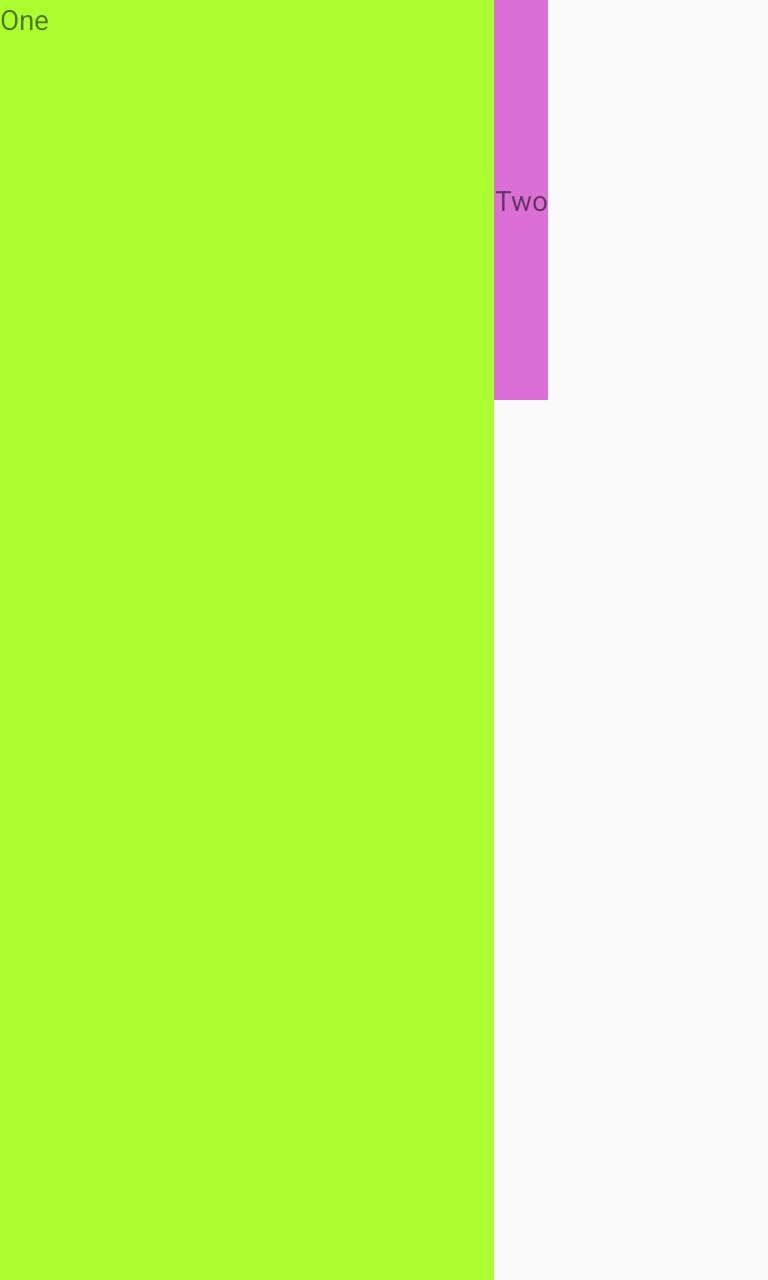
Repository: bingb89/Garbage
Layout: xml/hello/res/layout/activity_main.xml
An editor plug-in stored every save of this project. The layout is shown before and after the next save, followed by the edit.
It is drawn on a 768 x 1280 px phone screen (xhdpi) without system bars, with theme AppTheme; the app's code is not run.

Above is the layout before, as saved 2015-12-24 08:36:13.

After the next save:
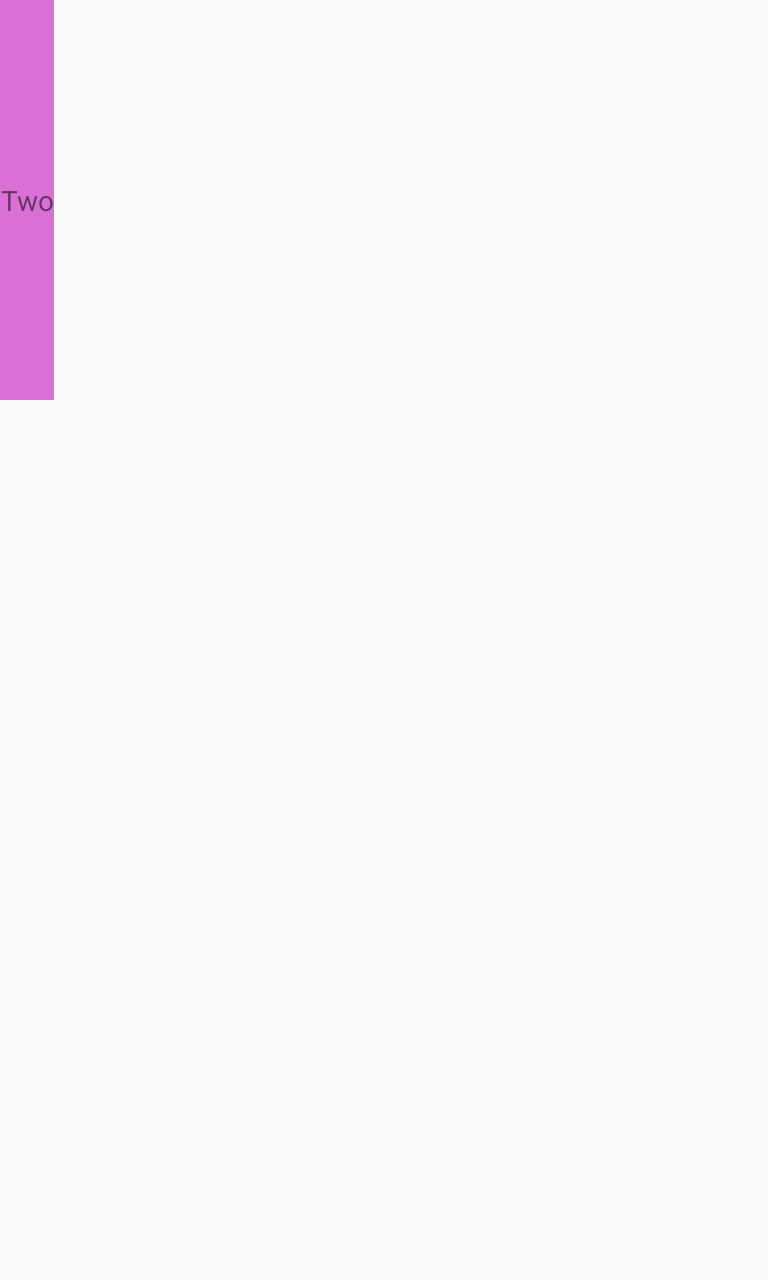
Saved 13 s later.
--- a/xml/hello/res/layout/activity_main.xml
+++ b/xml/hello/res/layout/activity_main.xml
@@ -5,13 +5,6 @@
     android:layout_height="match_parent"
     tools:context="com.jay.example.getscreendemo.MainActivity"
     android:orientation="horizontal" >
-
-    <TextView
-        android:layout_width="fill_parent"
-        android:layout_height="fill_parent"
-        android:layout_weight="2"
-        android:background="#ADFF2F"
-        android:text="@string/one" />
 
     <TextView
         android:layout_width="wrap_content"
